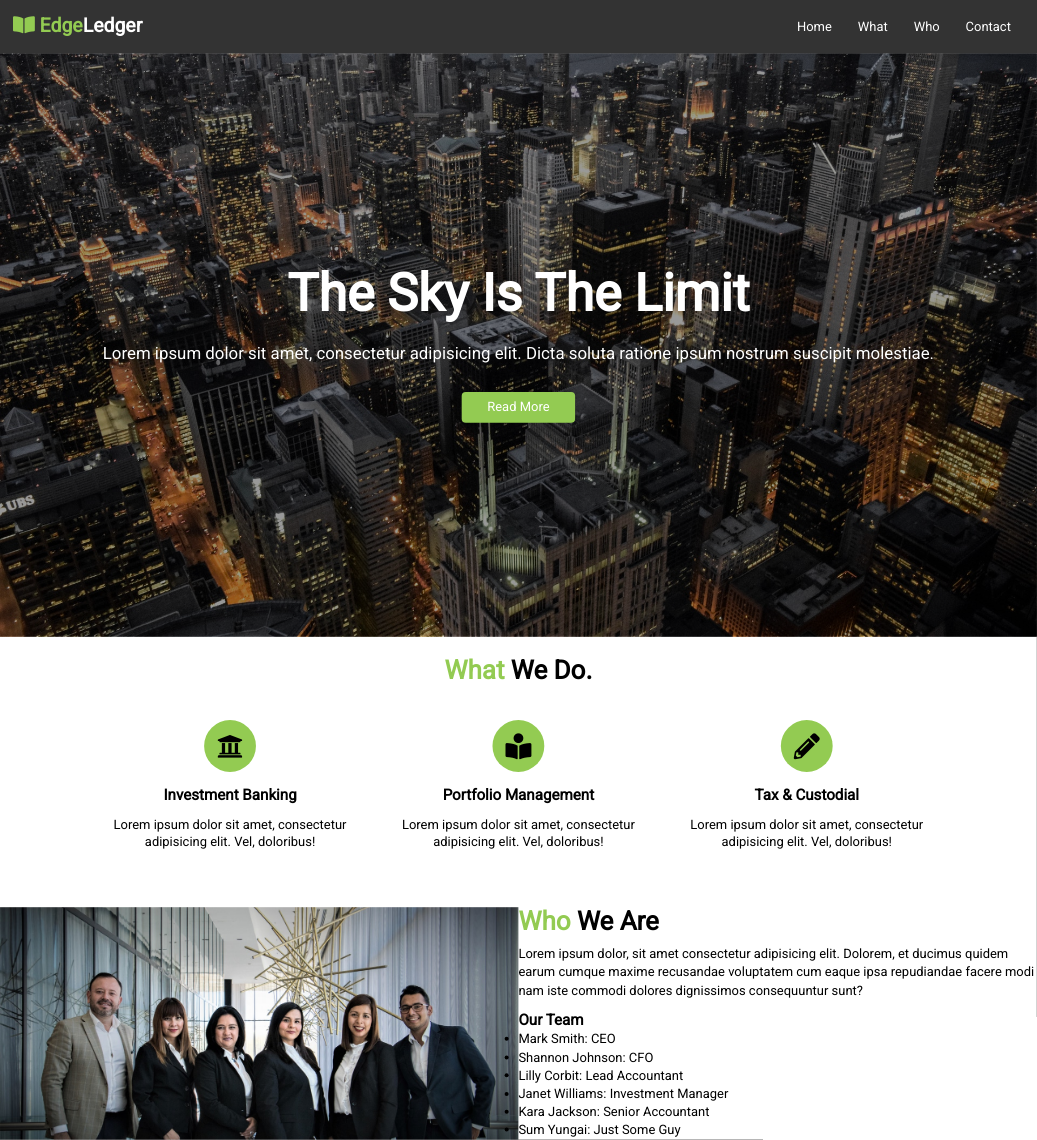
Repository: dimlutine/EdgeLedger
Page: index.html
The author's editor kept a copy of each file at every save. The page is drawn from the files as they stood at one save, then again after the next save.
The browser window is 1280 px wide. The pictures show the whole page, at 81% of full size.
Some web libraries are served in a nearby version.

Above is the page before, as saved 2019-07-06 20:35:37.

After the next save:
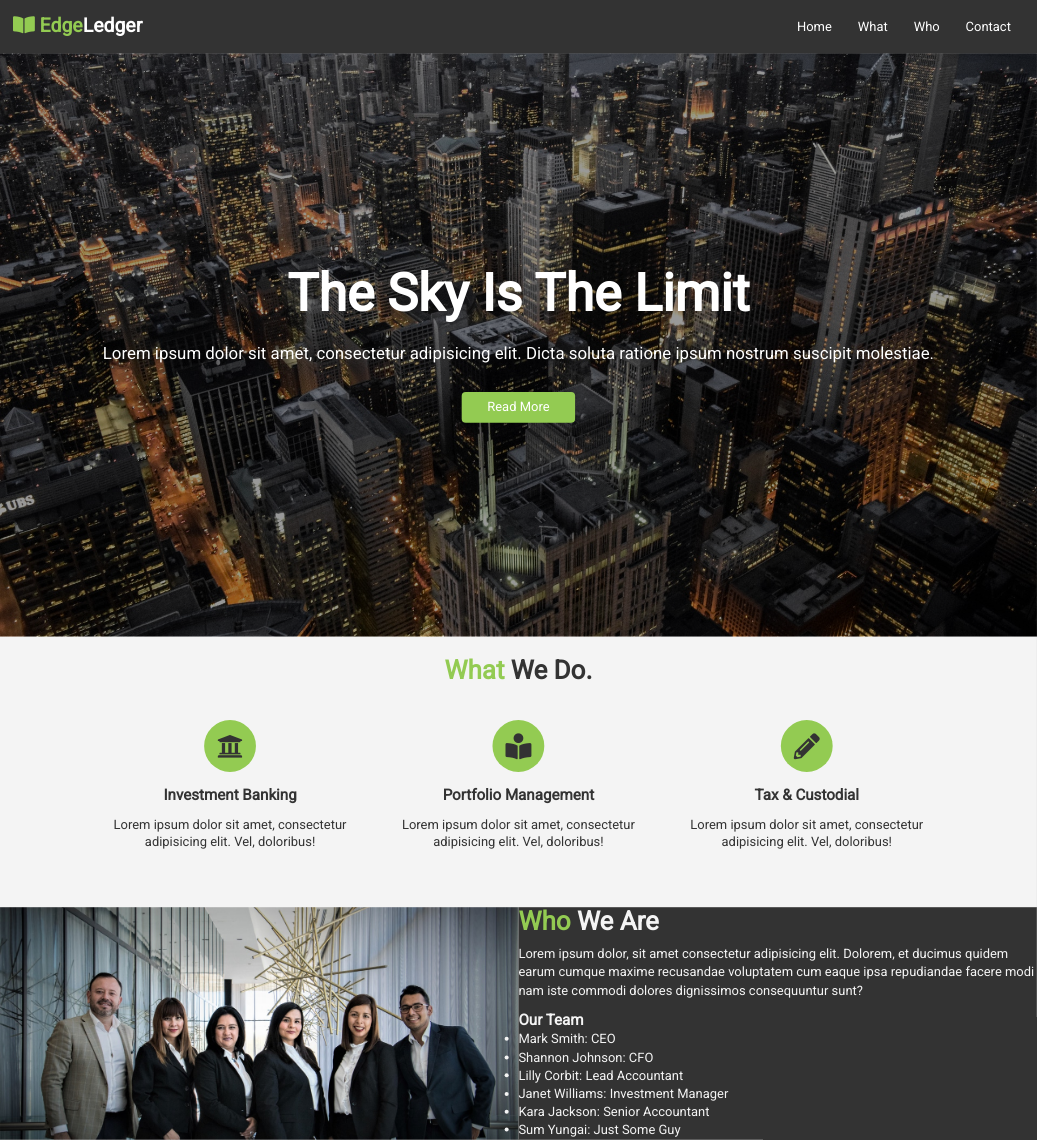
Saved 73 s later.
--- a/css/style.css
+++ b/css/style.css
@@ -33,6 +33,16 @@
 
 .text-primary {
     color: #93cb52;
+}
+
+.bg-light {
+    background: #f4f4f4;
+    color: #333;
+}
+
+.bg-dark {
+    background: #333;
+    color: #f4f4f4;
 }
 
 .l-heading {
